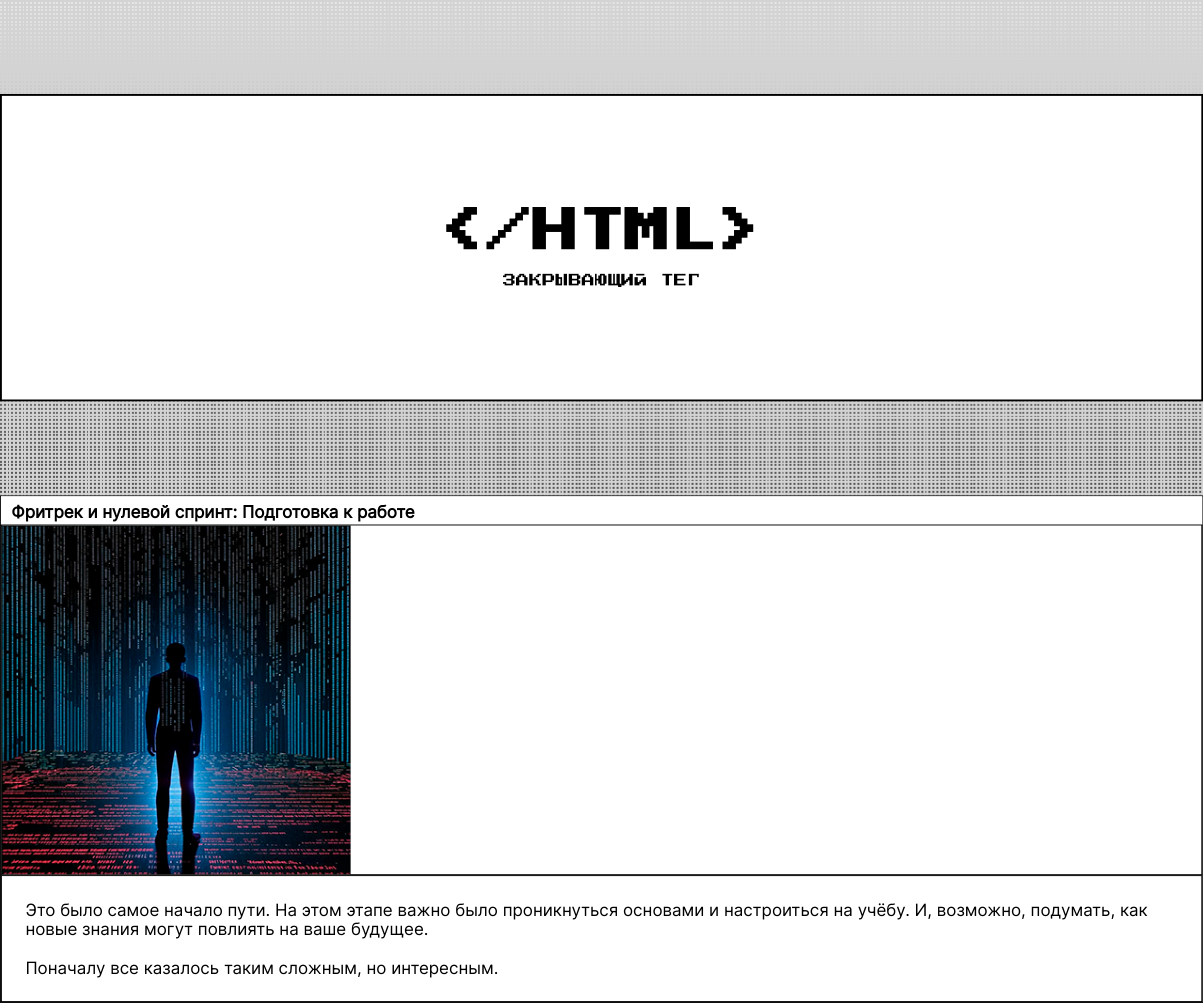
Repository: NikWolf75/zakrivayuschiy-teg-f
Page: index.html
An editor plug-in stored every save of this project. The page is shown before and after a run of saves, followed by the edit.
The browser window is 1280 px wide. The pictures show the whole page, at 94% of full size.
Backgrounds fixed to the window are drawn as part of the page.

Above is the page before, as saved 2025-03-16 17:44:31.

### index.html
<!DOCTYPE html>
<html lang="ru">
  <head>
    <meta charset="UTF-8" />
    <meta name="viewport" content="width=device-width, initial-scale=1.0" />
    <title>Закрывающий тег</title>
    <link rel="icon" href="./svg/favicon.svg" type="image/svg+xml" />
    <link rel="apple-touch-icon" href="./images/favicon.png" />
    <link rel="stylesheet" href="./fonts/fonts.css" />
    <link rel="stylesheet" href="./styles/variables.css" />
    <link rel="stylesheet" href="./styles/globals.css" />
    <link rel="stylesheet" href="./styles/style.css" />
    <link rel="stylesheet" href="./styles/animations.css" />
  </head>
  <body class="page">
    <header class="header">
      <div class="container">
        <h1 class="title-header">&lt;/HTML&gt;</h1>
        <h2 class="subtitle-header">закрывающий тег</h2>
      </div>
    </header>
    <main>
      <ul class="container__card">
        <li class="card">
          <h2 class="card__title">Фритрек и нулевой спринт: Подготовка к работе</h2>
          <div data-label="&lt;растерянность&gt;" class="wrap-image">
            <img src="./images/confusion.png" alt="растерянность перед кодом" class="post-image" />
          </div>
          <div class="card__desc">
            <p class="main__text">
              Это было самое начало пути.
              На этом этапе важно было проникнуться основами
              и настроиться на учёбу. И, возможно, подумать,
              как новые знания могут повлиять на ваше будущее.
            </p>
            <p class="main__sub-text">
              Поначалу все казалось таким сложным, но интересным.
            </p>
          </div>
        </li>
      </ul>
    </main>
    <script src="./scripts/like.js"></script>
  </body>
</html>

### fonts/fonts.css
/* В этом файле вы импортируете все шрифты для сайта. Один из них вариативный и требует особенной настройки */
@font-face {
    font-family: 'PressStart2P';
    font-style: normal;
    font-weight: 400;
    font-display: swap;
    src:
        local('PressStart2P'),
        url(./PressStart2P-Regular.woff) format('woff');
}

@font-face {
    font-family: 'Inter';
    font-weight: 400;
    font-display: swap;
    src:
        local('Inter')
        url(./Inter-Variable.woff2) format('woff2 support variations'),
        url(./Inter-Variable.woff2) format('woff2-variations')
}

### styles/variables.css
/* В этом файле будут храниться все значения переменных в исходном состоянии, а так же их изменения в зависимости от ширины устройства */
:root {
--font-title-ps2p: 'PressStart2P', sans-serif;
--font-title-Inter: 'Inter', sans-serif;
--background-gradient-main:#d3d3d3;
--background-gradient-line:#e7e7e7;
--background-gradient-lines:#1a1a1a;
--font-weight-normal: 400;
--font-weight-bold: 700;

--gradients: repeating-linear-gradient(-90deg, #d3d3d3 0px, #d3d3d3 2px, transparent 2px, transparent 4px),
repeating-linear-gradient(#d3d3d3 0px, #d3d3d3 2px, transparent 2px, transparent 4px),
repeating-linear-gradient(#e7e7e7 0.01%, #1a1a1a);

--backround-color: #fff;
--border-color: #000;
}

### styles/style.css
/* Здесь вы напишете основную часть стилей страницы.

Будьте внимательны! Для корректной работы скриптов на этом сайте нужно, чтобы в HTML некоторые классы были названы особым образом:
✦ like-icon — для svg-иконки анимированного сердца
✦ card__like-button — для кнопки Like рядом с иконкой
✦ card__icon-button — для кнопки, оборачивающей иконку
✦ card__icon-button — для кнопки, оборачивающей иконку
✦ is-liked — для обозначения состояния лайкнутой иконки в виде сердца
✦ button__text — для обозначения текстового элемента внутри кнопки

*/

.page {
  min-inline-size: 320px;
  min-block-size: 100dvh;
  background-image: var(--gradients);
  background-position: center;
  background-size: cover;
  background-attachment: fixed;
  background-repeat: no-repeat;
}

.header {
  width: 100%;
}

.title-header {
  display: flex;
  font-weight: 400px;
  justify-content: center;
  align-items: center;
  font-size: 49px;
  line-height: 49px;
  font-family: var(--font-title-ps2p);
}

.subtitle-header {
  display: flex;
  font-family: var(--font-title-ps2p);
  font-weight: 400;
  font-size: 14px;
  justify-self: center;
  line-height: 14px;
  margin-top: 20px;
  text-transform: uppercase;
}

.container {
  background-color: var(--backround-color);
  margin-top: 100px;
  border: 2px var(--border-color) solid;
  width: 100%;
  justify-self: center;
  padding-bottom: 120px;
  padding-top: 120px;
}

.container__card {
  display: flex;
  margin-top: 100px;
  flex-direction: column;
  row-gap: 50px;
}

.card__title {
  font-family: var(--font-title-Inter);
  font-weight: var(--font-weight-bold);
  font-size: 18px;
  border: 1px var(--backround-color) solid;
  padding: 6px 9px 2px 10px;
  line-height: 1.1;
}

.card {
  display: flex;
  flex-direction: column;
  border: 1px var(--border-color) solid;
  background-color: var(--backround-color);
}

.wrap-image {
  display: inline-flex;
  width: 100%;
  position: relative;
  border: 1px var(--border-color) solid;
}

.main__text, .main__sub-text {
  font-family: var(--font-title-Inter);
  font-weight: var(--font-weight-normal);
  font-size: 18px;
  line-height: 21px;
}

.card__desc {
  display: flex;
  flex-direction: column;
  padding: 25px;
  border: 1px var(--border-color) solid;
  gap: 20px;
}

### styles/animations.css
/* Опишите в этом файле все keyframes для проекта и стили анимаций иконки Like.

Будьте внимательны! Для корректной работы скриптов на этом сайте нужно, чтобы в HTML некоторые классы были названы особым образом:
✦ like-icon — для svg-иконки анимированного сердца
✦ card__like-button — для кнопки Like рядом с иконкой
✦ card__icon-button — для кнопки, оборачивающей иконку
✦ card__icon-button — для кнопки, оборачивающей иконку
✦ is-liked — для обозначения состояния лайкнутой иконки в виде сердца
✦ button__text — для обозначения текстового элемента внутри кнопки

*/

### scripts/like.js
/* этот скрипт использует такие имена классов:
✦ like-icon — для svg-иконки анимированного сердца
✦ card__like-button — для кнопки Like рядом с иконкой
✦ card__icon-button — для кнопки, оборачивающей иконку
✦ card__icon-button — для кнопки, оборачивающей иконку
✦ is-liked — для обозначения состояния лайкнутой иконки в виде сердца
✦ button__text — для обозначения текстового элемента внутри кнопки
Если эти классы поменять в HTML, скрипт перестанет работать. Будьте аккуратны.
*/

const likeHeartArray = document.querySelectorAll('.like-icon');
const likeButtonArray = document.querySelectorAll('.card__like-button');
const iconButtonArray = document.querySelectorAll('.card__icon-button');

iconButtonArray.forEach((iconButton, index) => {
  iconButton.onclick = () =>
    toggleIsLiked(likeHeartArray[index], likeButtonArray[index]);
});

likeButtonArray.forEach((button, index) => {
  button.onclick = () => toggleIsLiked(likeHeartArray[index], button);
});

function toggleIsLiked(heart, button) {
  heart.classList.toggle('is-liked');
  setButtonText(heart, button);
}

function setButtonText(heart, button) {
  if ([...heart.classList].includes('is-liked')) {
    setTimeout(
      () => (button.querySelector('.button__text').textContent = 'Unlike'),
      500
    );
  } else {
    setTimeout(
      () => (button.querySelector('.button__text').textContent = 'Like'),
      500
    );
  }
}

Loaded but not shown: styles/globals.css (common file)

After the next 2 saves:
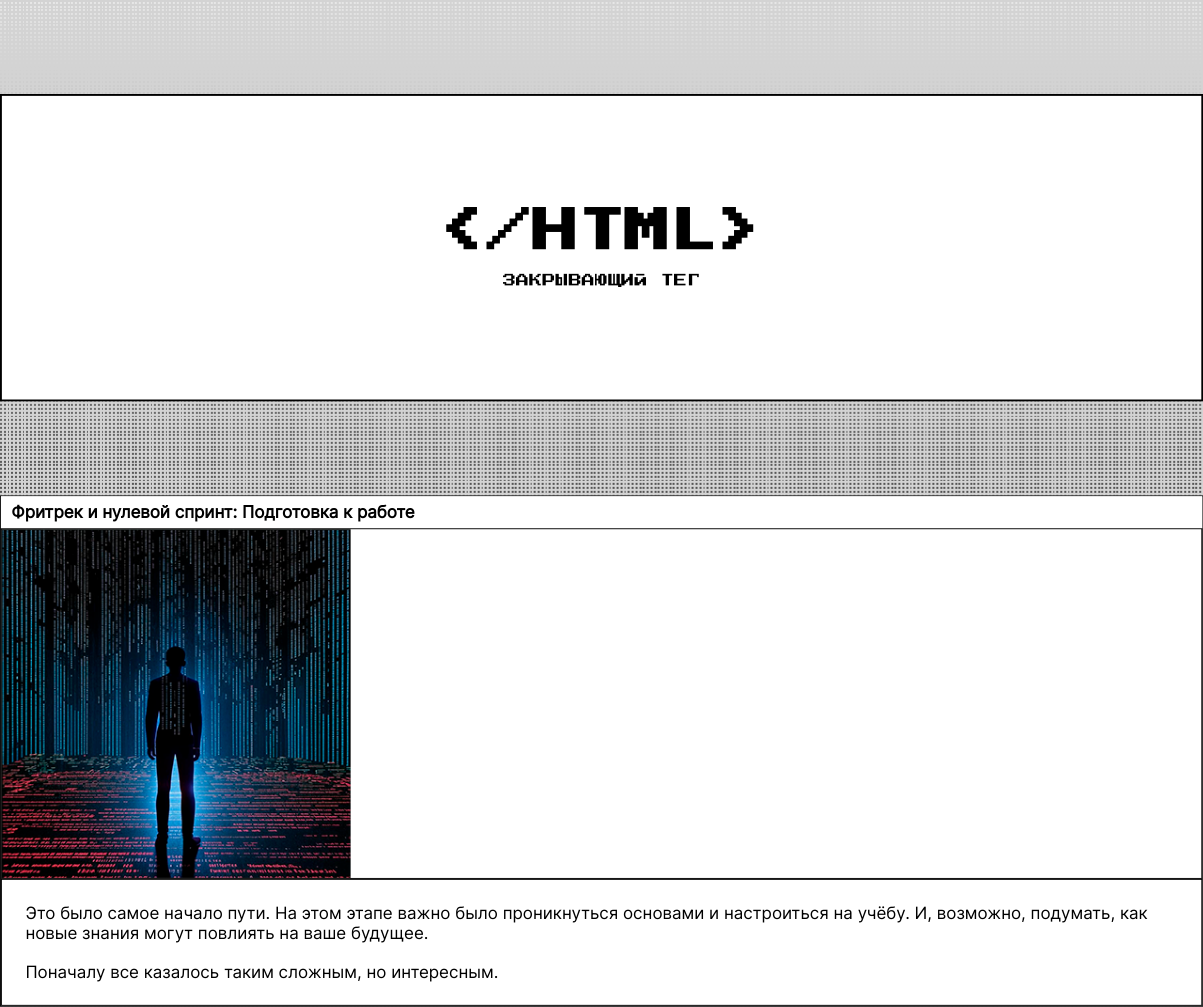
The 2 saves are shown as one change because they came seconds apart.
The last was saved 7 s later.
--- a/styles/style.css
+++ b/styles/style.css
@@ -67,7 +67,7 @@
   font-weight: var(--font-weight-bold);
   font-size: 18px;
   border: 1px var(--backround-color) solid;
-  padding: 6px 9px 2px 10px;
+  padding: 6px 10px 6px 10px;
   line-height: 1.1;
 }
 
